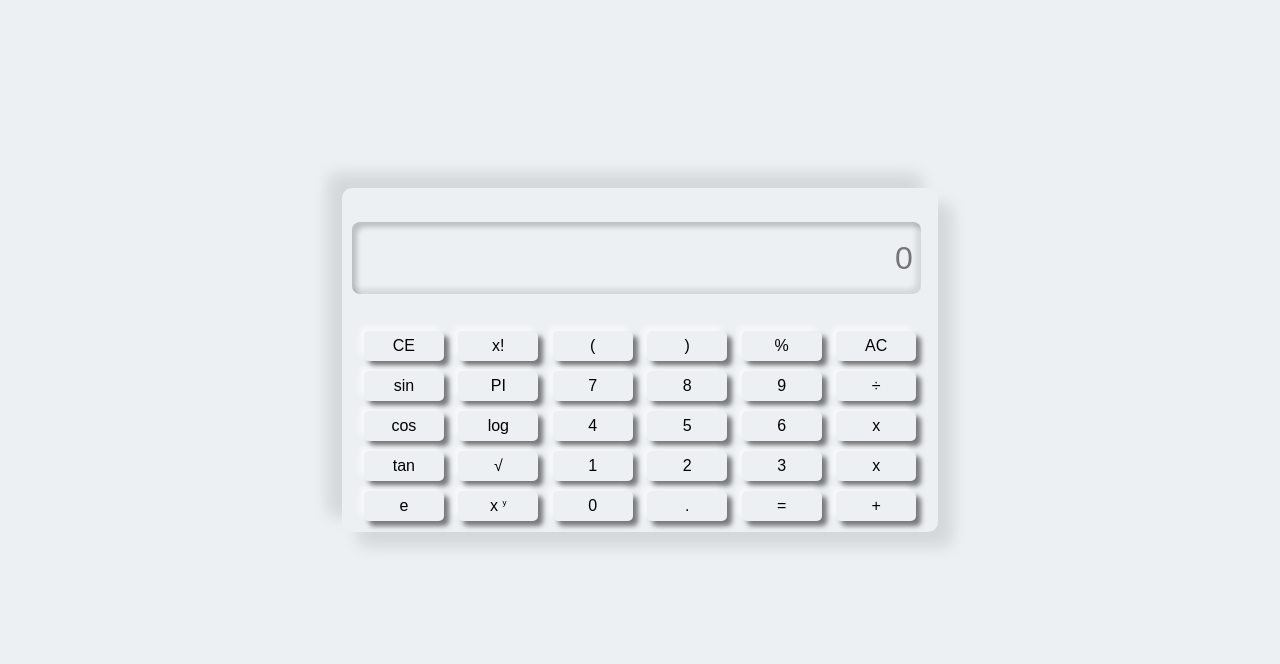
Repository: Haakim19/Scientific-Calculator
Page: intex.html
The author's editor kept a copy of each file at every save. The page is drawn from the files as they stood at one save, then again after the next save.
The browser window is 1280 px wide. The pictures show the whole page.

Above is the page before, as saved 2024-10-27 12:14:33.

After the next save:
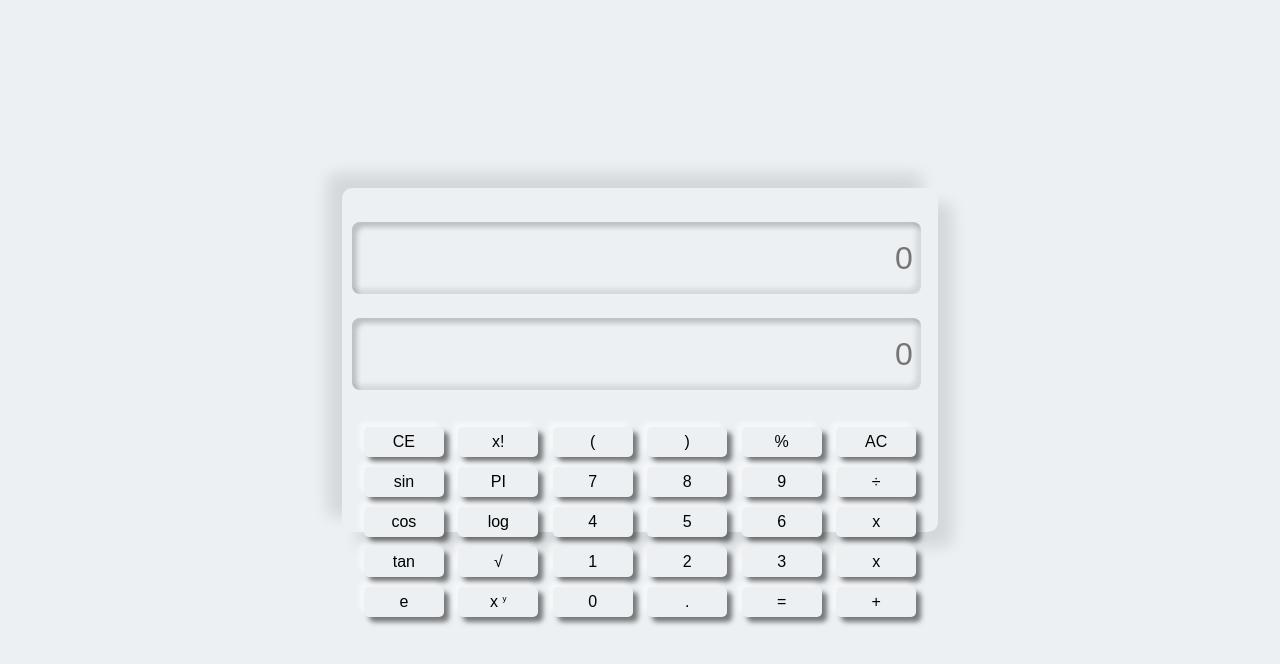
Saved 85 s later.
--- a/intex.html
+++ b/intex.html
@@ -9,7 +9,8 @@
 <body>
     <div class="container">
         <div class="display">
-            <input type="text" id="screen" placeholder="0">
+            <input type="text" id="screen" placeholder="0" >
+            <input type="text" id="screen" placeholder="0" >
         </div>
         <div class="btns">
             <div class="row">
